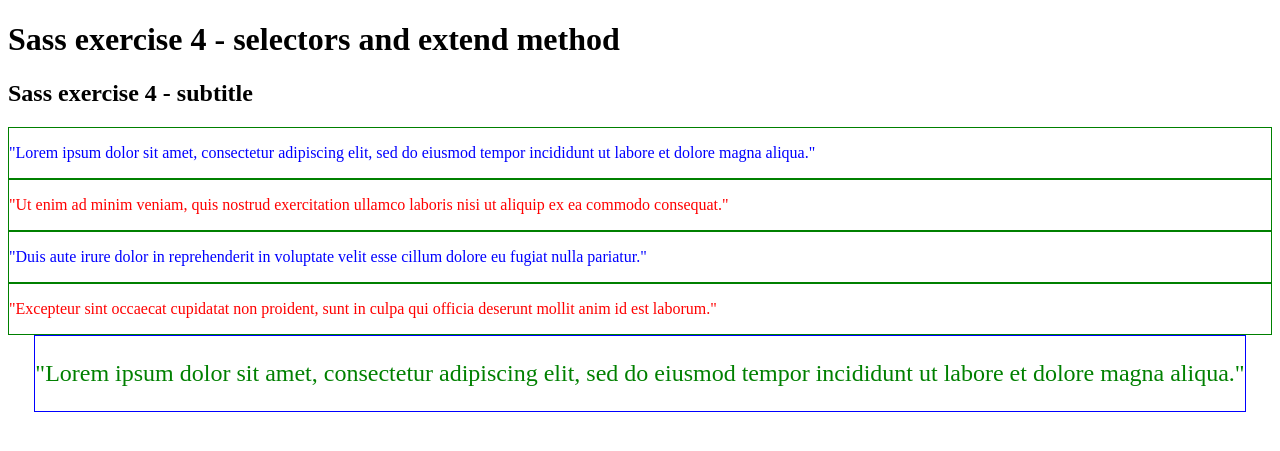
Repository: tr2cky/sass4
Page: index.html
These files come from the project's save history. The page is drawn as it stood at one moment and after a run of saves; the edit follows.
The browser window is 1280 px wide. The pictures show the whole page.
The style sheet was rebuilt from its Sass, Less or Tailwind sources for each picture, by a compiler version that may differ from the author's.

Above is the page before, as saved 2022-10-16 10:24:51.

After the next 6 saves:
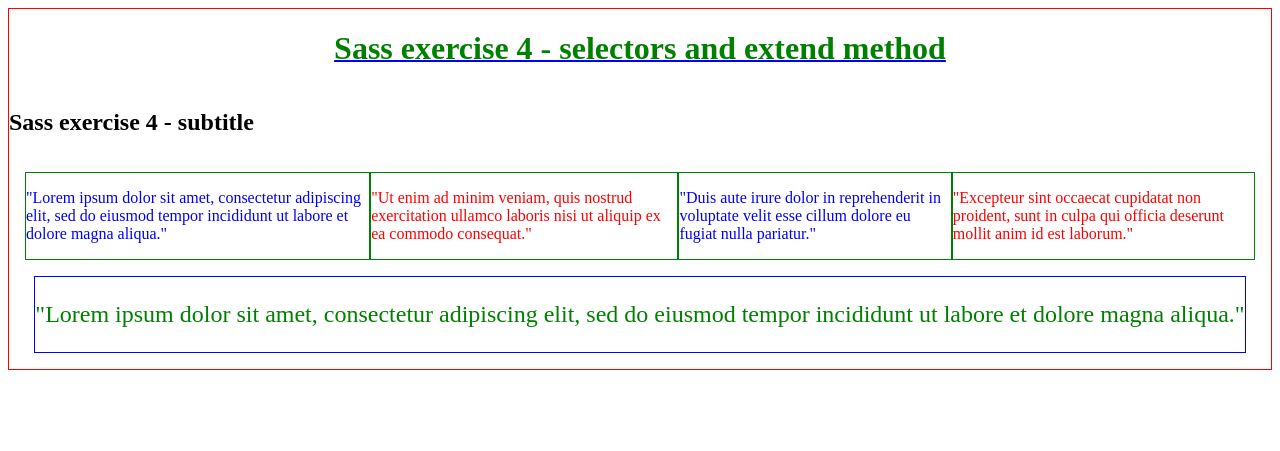
The 6 saves are shown as one change because they came seconds apart.
The last was saved 9 min 35 s later.
--- a/index.html
+++ b/index.html
@@ -5,7 +5,7 @@
         <link rel="stylesheet" href="./style.css">
     </head>
     <body>
-        <div>
+        <div class="exercise">
             <h1>Sass exercise 4 - selectors and extend method</h1>
             <h2>Sass exercise 4 - subtitle</h2>
             <section>
